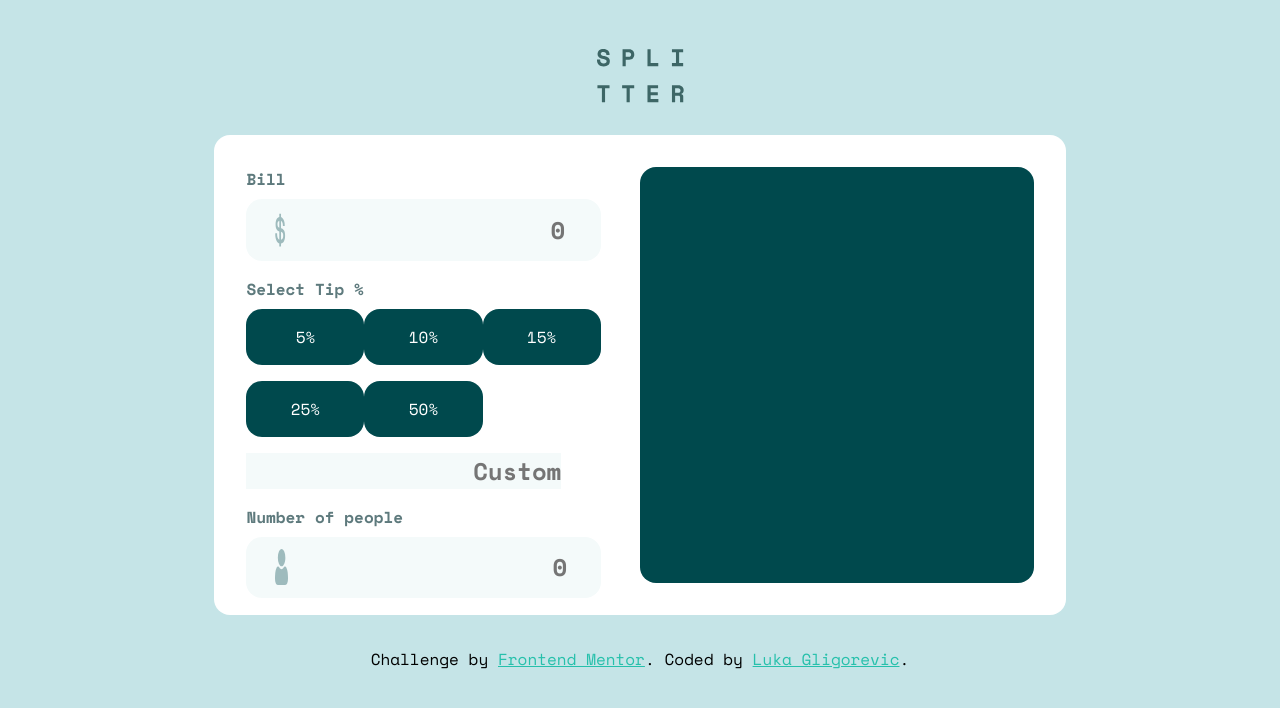
Repository: gligor99/tip-fmentor
Page: /
The author's editor kept a copy of each file at every save. The page is drawn from the files as they stood at one save, then again after the next save.
The browser window is 1280 px wide. The pictures show the whole page.
The project was rebuilt for these pictures with package versions that can differ from the ones it lists, and the page was loaded fresh each time.

Above is the page before, as saved 2021-11-26 22:40:34.

After the next save:
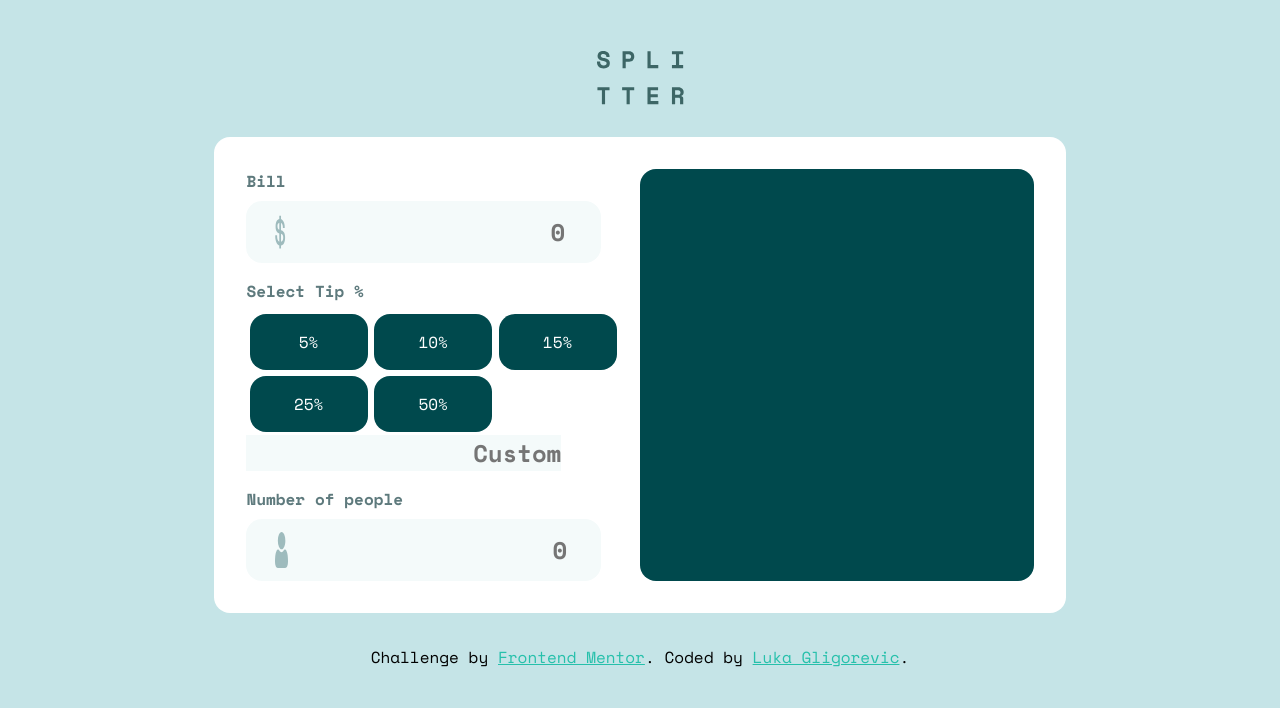
Saved 5 min 6 s later.
--- a/src/index.css
+++ b/src/index.css
@@ -142,6 +142,7 @@ input {
 .percentage-btn {
   background-color: hsl(183, 100%, 15%);
   color: hsl(0, 0%, 100%);
+  margin: 0.2rem;
 }
 
 .custom-tip {
